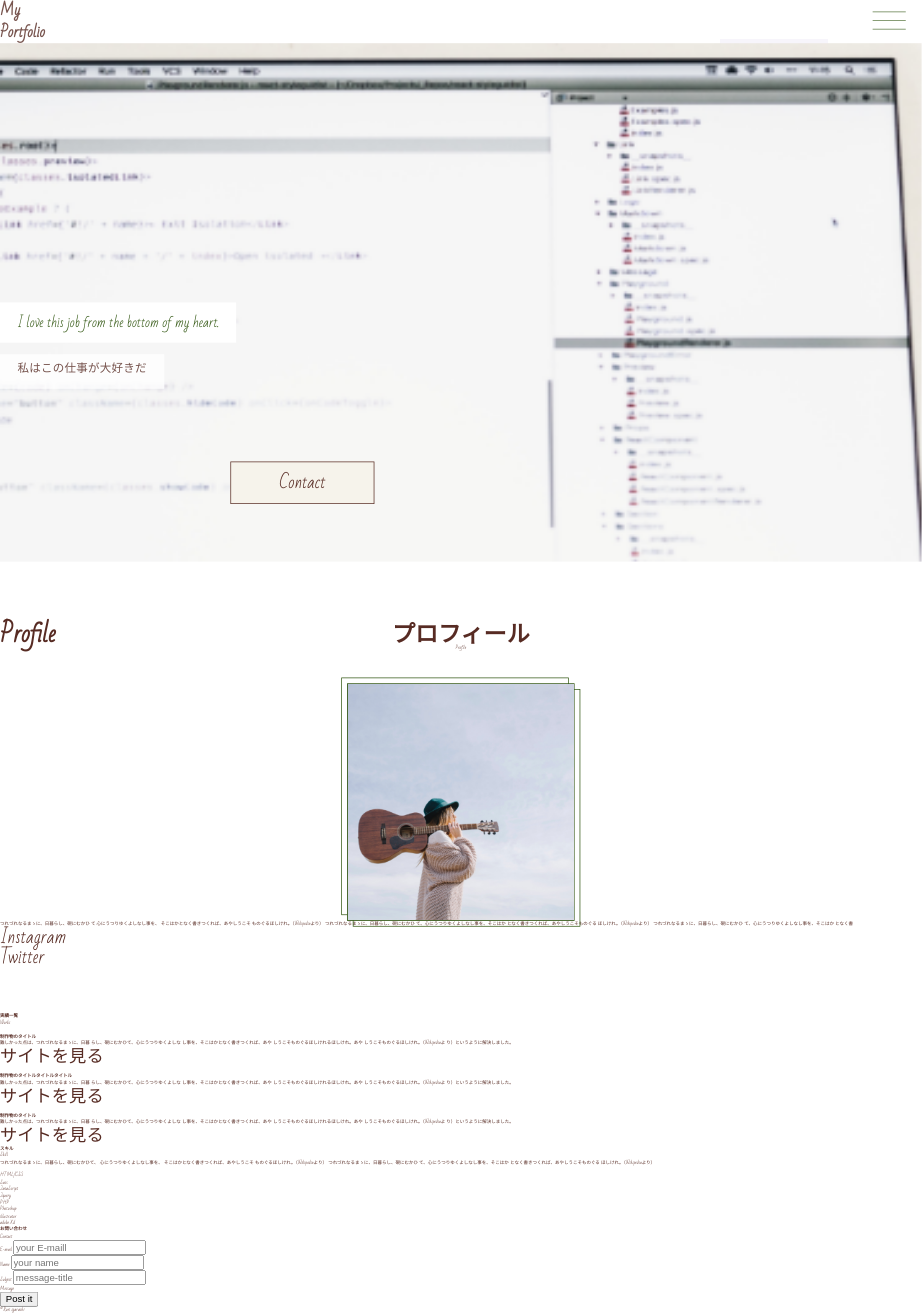
Repository: ppmp556/igarashi.kakuu
Page: index.html
The author's editor kept a copy of each file at every save. The page is drawn from the files as they stood at one save, then again after the next save.
The browser window is 1280 px wide. The pictures show the whole page, at 72% of full size.
Some web libraries are served in a nearby version. The style sheet was rebuilt from its Sass, Less or Tailwind sources for each picture, by a compiler version that may differ from the author's.

Above is the page before, as saved 2020-10-25 17:25:01.
Console error: TypeError: Cannot read properties of null (reading 'addEventListener')

### index.html
<!DOCTYPE html>
<html lang="ja">
    <head>
        <meta charset="UTF-8">
        <meta name="viewport" content="width=device-width, initial-scale=1.0, maximum-scale=1.0, minimum-scale=1.0">
        <link rel="stylesheet" href="faundation.css" type="text/css">
        <link rel="stylesheet" href="./css/style.css" type="text/css">
        <link href="https://use.fontawesome.com/releases/v5.6.1/css/all.css" rel="stylesheet">
        <link href="https://fonts.googleapis.com/css?family=Bad+Script" rel="stylesheet">
        <link href="https://fonts.googleapis.com/css?family=Sawarabi+Gothic" rel="stylesheet">
        <link rel="img" href="image">
        <title>架空LP</title>

    </head>
    <body>

        <div class="container">
            <header class="header">
                <h1 class="header_ttl">
                    <a href="index.html" class="header_link">My Portfolio</a><!-- /.header_link -->
                </h1><!-- /.header_ttl -->
                <nav class="nav">
                    <div class="nav_wrapper" id="nav_lists">
                        <!-- ハンバーガーメニュー部分 -->
                        <div class="toggle_btn" id="nav_toggler">
                            <span class="toggle_line __tg1"></span>
                            <span class="toggle_line __tg2"></span>
                            <span class="toggle_line __tg3"></span>
                        </div>
                        <!-- ハンバーガーメニューここまで -->
                    </div>
                    <ul class="nav_list flex">
                        <li class="nav_item">
                            <a href="#" class="nav_link">Profile<span class="nav_sp">プロフィール</a><!-- /.nav_link -->
                        </li><!-- /.nav_item -->
                        <li class="nav_item">
                            <a href="#" class="nav_link">Works<span class="nav_sp">実績一覧</a><!-- /.nav_link -->
                        </li><!-- /.nav_item -->
                        <li class="nav_item">
                            <a href="#" class="nav_link">Skill<span class="nav_sp">スキル</a><!-- /.nav_link -->
                        </li><!-- /.nav_item -->
                        <li class="nav_item">
                            <a href="#" class="nav_link">Contact<span class="nav_sp">お問い合わせ</a><!-- /.nav_link -->
                        </li><!-- /.nav_item -->
                    </ul><!-- /.nav_list -->
                </nav><!-- /.nav -->
            </header><!-- /.header -->
        </div><!-- /.container -->
        <div class="kv">
            <div class="kv_txtbox">
                <p class="kv_txt">I love this job from the bottom of my heart.</p><!-- /.kv_txt -->
                <p class="kv_txt __subtxt">私はこの仕事が大好きだ</p><!-- /.kv_txt -->
            </div><!-- /.kv_txtbox -->
            <div class="contact_box">
                <a href="#" class="contact_link">Contact</a><!-- /.contact_link -->
            </div><!-- /.contact_box -->
        </div><!-- /.kv -->
        <main>
            <div class="inner">

                <section class="prof" id="prof">
                    <div class="section_ttlbox">
                        <h2 class="prof_ttl">プロフィール</h2><!-- /.prof_ttl -->
                        <span class="prof_sub">Profile</span>
                    </div><!-- /.section_ttlbox -->
                    <div class="prof_imgbox">
                        <img src="images/profile/profile.png" alt="#" class="prof_img">
                    </div><!-- /.prof_imgbox -->
                    <p class="prof_txt">
                        つれづれなるまゝに、日暮らし、硯にむかひ
                        て
                        心にうつりゆくよしなし事を、
                        そこはかとなく書きつくれば、あやしうこそ
                        ものぐるほしけれ。（Wikipediaより）
                        つれづれなるまゝに、日暮らし、硯にむかひ
                        て、心にうつりゆくよしなし事を、そこはか
                        となく書きつくれば、あやしうこそものぐる
                        ほしけれ。（Wikipediaより）
                        つれづれなるまゝに、日暮らし、硯にむかひ
                        て、心にうつりゆくよしなし事を、そこはか
                        となく書
                    </p><!-- /.prof_txt -->
                    <div class="section_btnbox">
                        <div class="site_btn">
                            <a href="#" class="site_link">Instagram</a>
                        </div><!-- /.site_btn -->
                        <div class="site_btn">
                            <a href="#" class="site_link">Twitter</a>
                        </div><!-- /.site_btn -->
                    </div><!-- /.section_btnbox -->
                </section><!-- /#prof.prof -->


                <section class="work" id="work">
                    <div class="section_ttlbox">
                        <h2 class="work_ttl">実績一覧</h2><!-- /.work_ttl -->
                        <span class="work_sub">Works</span>
                    </div><!-- /.section_ttlbox -->

                    <div class="work_imgbox">
                        <ul class="work_list">
                            <li class="work_item">
                                <img src="" alt="" class="work_img">
                                <h3 class="work_ttl">制作物のタイトル</h3><!-- /.work_txt -->
                                <p class="work_txt">
                                    難しかった点は、つれづれなるまゝに、日暮
                                    らし、硯にむかひて、心にうつりゆくよしな
                                    し事を、そこはかとなく書きつくれば、あや
                                    しうこそものぐるほしけれるほしけれ。あや
                                    しうこそものぐるほしけれ。（Wikipediaよ
                                    り）というように解決しました。
                                </p><!-- /.work_txt -->
                                <div class="site_btn">
                                    <a href="#" class="site_link">サイトを見る</a>
                                </div><!-- /.site_btn -->
                            </li><!-- /.work_item -->
                            <li class="work_item">
                                <img src="" alt="" class="work_img">
                                <h3 class="work_ttl">制作物のタイトルタイトルタイトル</h3><!-- /.work_txt -->
                                <p class="work_txt">
                                    難しかった点は、つれづれなるまゝに、日暮
                                    らし、硯にむかひて、心にうつりゆくよしな
                                    し事を、そこはかとなく書きつくれば、あや
                                    しうこそものぐるほしけれるほしけれ。あや
                                    しうこそものぐるほしけれ。（Wikipediaよ
                                    り）というように解決しました。
                                </p><!-- /.work_txt -->
                                <div class="site_btn">
                                    <a href="#" class="site_link">サイトを見る</a>
                                </div><!-- /.site_btn -->
                            </li><!-- /.work_item -->
                            <li class="work_item">
                                <img src="" alt="" class="work_img">
                                <h3 class="work_ttl">制作物のタイトル</h3><!-- /.work_txt -->
                                <p class="work_txt">
                                    難しかった点は、つれづれなるまゝに、日暮
                                    らし、硯にむかひて、心にうつりゆくよしな
                                    し事を、そこはかとなく書きつくれば、あや
                                    しうこそものぐるほしけれるほしけれ。あや
                                    しうこそものぐるほしけれ。（Wikipediaよ
                                    り）というように解決しました。
                                </p><!-- /.work_txt -->
                                <div class="site_btn">
                                    <a href="#" class="site_link">サイトを見る</a>
                                </div><!-- /.site_btn -->
                            </li><!-- /.work_item -->
                        </ul><!-- /.work_list -->
                    </div><!-- /.work_imgbox -->
                </section><!-- /#work.work -->

                <section class="skii" id="skill">
                    <div class="section_ttlbox">
                        <h2 class="skill_ttl">スキル</h2><!-- /.skill_ttl -->
                        <span class="skill_sub">Skill</span>
                    </div><!-- /.section_ttlbox -->
                    <div class="skill_txtbox">
                        <p class="skill_txt">
                            つれづれなるまゝに、日暮らし、硯にむかひて、
                            心にうつりゆくよしなし事を、
                            そこはかとなく書きつくれば、あやしうこそ
                            ものぐるほしけれ。（Wikipediaより）
                            つれづれなるまゝに、日暮らし、硯にむかひ
                            て、心にうつりゆくよしなし事を、そこはか
                            となく書きつくれば、あやしうこそものぐる
                            ほしけれ。（Wikipediaより）
                        </p><!-- /.skill_txt -->
                    </div><!-- /.skill_txtbox -->
                    <div class="skill_listbox">
                        <div class="skill_imgbox">
                            <img src="" alt="" class="skill_img">
                        </div><!-- /.skill_imgbox -->
                        <ul class="skill_list">
                            <li class="skill_item">HTML/CSS</li><!-- /.skill_item -->
                            <li class="skill_item">Sass</li><!-- /.skill_item -->
                            <li class="skill_item">JavaScript</li><!-- /.skill_item -->
                            <li class="skill_item">Jquery</li><!-- /.skill_item -->
                            <li class="skill_item">PHP</li><!-- /.skill_item -->
                            <li class="skill_item">Photoshop</li><!-- /.skill_item -->
                            <li class="skill_item">illustrator</li><!-- /.skill_item -->
                            <li class="skill_item">adobe Xd</li><!-- /.skill_item -->
                        </ul><!-- /.skill_list -->
                    </div><!-- /.skill_listbox -->
                </section><!-- /#skill.skii -->

                <section class="contact" id="contact">
                    <div class="section_ttlbox">
                        <h2 class="contact_ttl">お問い合わせ</h2><!-- /.contact_ttl -->
                        <span class="contact_sub">Contact</span>
                    </div><!-- /.section_ttlbox -->
                    <form action="#" class="ly-form">
                        <div class="form ord1">
                            <div class="form2">

                                <label for="email" class="formTitle u-formTxt">E-mail</label>
                                <input type="email" class="formBox" name="your-E-mail" placeholder="your E-maill">
                            </div>
                        </div>
                        <div class="form ord2">
                            <div class="form2">
                                    <label for="name" class="formTitle u-formTxt">Name</label>
                                    <input type="text" class="formBox" name="your name" placeholder="your name">

                            </div>
                        </div>
                        <div class="form ord3">
                            <div class="form2">
                                <label for="subject" class="formTitle u-formTxt">Subject</label>
                                <input type="subject" class="formBox" name="message-title" placeholder="message-title">
                            </div>
                        </div>
                        <div class="form ord4">
                            <div class="form2">
                                <label for="message" class="formTitle u-formTxt">Message</label>
                                <textare name="contents" class="area" name="contents" placeholder="contents" rows="4" cols="40"></textare>
                            </div>
                        </div>
                        <div class="inputWrap btnhv u-send">
                            <input type="submit" value="Post it" class="sendBtn">
                        </div>
                    </form>
                </section><!-- /#contact.contact -->
            </div><!-- /.inner -->

        </main>


        <footer class="footer">
            <div class="footer_sharbox">
                <ul class="footer_sharalist">
                    <li class="footer_item"></li><!-- /.footer_item -->
                    <li class="footer_item"></li><!-- /.footer_item -->
                    <li class="footer_item"></li><!-- /.footer_item -->
                </ul><!-- /.footer_sharalist -->
            </div><!-- /.footer_sharbox -->
            <small class="footer_txt">&copy; Ruri igarashi</small>
        </footer><!-- /.footer -->


        <script type="text/javascript" src="menu.js"></script>
        <script src="https://code.jquery.com/jquery-3.4.1.js" integrity="sha256-WpOohJOqMqqyKL9FccASB9O0KwACQJpFTUBLTYOVvVU=" crossorigin="anonymous"></script>

    </body>
</html>

### faundation.css

html,
body,
div,
span,
object,
iframe,
h1,
h2,
h3,
h4,
h5,
h6,
p,
blockquote,
pre,
abbr,
address,
cite,
code,
del,
dfn,
em,
img,
ins,
kbd,
q,
samp,
small,
strong,
sub,
sup,
var,
b,
i,
dl,
dt,
dd,
ol,
ul,
li,
fieldset,
form,
label,
legend,
table,
caption,
tbody,
tfoot,
thead,
tr,
th,
td,
article,
aside,
canvas,
details,
figcaption,
figure,
footer,
header,
hgroup,
menu,
nav,
section,
summary,
time,
mark,
audio,
video {
  margin: 0;
  padding: 0;
  border: 0;
  outline: 0;
  font-size: 100%;
  vertical-align: baseline;
  background: transparent;
}

body {
  line-height: 1.5;
}

article,
aside,
details,
figcaption,
figure,
footer,
header,
hgroup,
menu,
nav,
section {
  display: block;
}

ul,
ol {
  list-style: none;
}

table {
  border-collapse: collapse;
  border-spacing: 0;
}

a {
  color: inherit;
  text-decoration: none;
}

img {
  width: 100%;
  max-width: 100%;
  height: auto;
  vertical-align: bottom;
}

### menu.js
const body = document.body;

const toggler = document.getElementById('navToggler');
//#navToggleを取得し、togglerに格納


const navList = document.getElementById('js-nav');
const navList2 = document.getElementById('js-nav2');
//#navListsを取得し、navListに格納


toggler.addEventListener('click', function() {
    //togglerクリックされたら、
    body.classList.toggle('clicked');

});
navList.addEventListener('click', function(){


    body.classList.remove('clicked');
});
navList2.addEventListener('click', function(){


    body.classList.remove('clicked');
});

### scss/style.scss
@charset "UTF-8";

$cColor: #572B23;
$cBgColor: #f6f3eb;
$cGreen: #315611;
$cwhite: #ffffff;
$cGray: #f9f9f9;


html {
    font-size: 62.5%;
    overflow: auto;


}

body {
    color: $cColor;
    background-color: $cwhite;
    font-family: "Bad Script","Sawarabi Gothic";
    font-size: 62.5%;
    margin: 0 auto;
    overflow: hidden;
    width: 100%;
    height: auto;

}

*, *::before, *::after {
    box-sizing: border-box;
}

a:link, a:visited, a:hover, a:active {
    /*テキストデフォルト下線外し*/
    text-decoration: none;
    /* color: #ffffff; */
}




.container {
    overflow: hidden;
}


.flex {
    display: flex;
    justify-content: flex-start;
}

.inner {
    min-width: 336px;
    width: 100%;
    margin: 0 auto;
}


.site_btn {
    display: flex;
    width: 200px;
    font-size: 2.4rem;
    color: #572B23;
    line-height: 27px;
}

.site_link {
    width: 100%;
    height: 100%;
    display: block;
    margin: auto;
}

/****************

header

*************/

.header {
    display: flex;
    z-index: 5;
    width: 100%;
    height: 100%;
    background-color: $cwhite;
    opacity: .8;

    &_ttl {
        font-size: 2.0rem;
    font-family: "Bad Script";
    opacity: 1;
    color: $cColor;
    }
}

// nav

.nav {
    width: 100%;
    line-height: 20px;
    display: flex;
    justify-content: center;
    align-items: center;


    /* ハンバーガーメニュー */
    &_list {
        position: absolute;
        display: block;
        top: 54px;
        /* left: 377px; */
        left: 1000px;
        overflow: hidden;
        width: 15rem;
        max-height: auto;
        cursor: pointer;

        overflow-y: auto;/*縦方向の表示*/

        display: flex;
        flex-direction: column;
        transition: opacity .8s ease, visibility .6s ease;
        color: #572B23;

        background-color: #F6F3FB;
        visibility: .6s ease;
        opacity: 1;

        &.clicked {
            left: 114px;
            visibility: visible;
            opacity: 0.9;
            width: 262px;
            top: 0;
            /* height: 667px; */
            height: 100vh;
            background-color: #f6f3f8;
            position: absolute;
            display: flex;
            align-items: center;
            justify-content: center;

        }
    }

    &_item {
        padding: 2px 0;
        font-size: 2rem;
        color: #572B23;
        position: relative;

        transition: transform 6s ease, opacity .2s ease;

        &:nth-child(1) {
        transform: translateX(200px);

        transition: transform .6s ease, opacity .2s ease;

        }

        &:nth-child(2) {
        transition-delay: .15s;

        }
        &:nth-child(3) {
        transition-delay: .3s;

        }

        &:nth-child(4) {
        transition-delay: .45s;

        }

        &:nth-child(5) {
        transition-delay: .6s;

        }

        &::after {
        position: absolute;
        bottom: -4px;
        left: 0;
        content: '';
        width: 100%;
        height: 2px;
        background: #572B23;
        transform: scale(0, 1);
        transform-origin: left top;
        transition: transform .3s;
        }

        &:hover::after {
        transform: scale(1, 1);
        }

    }







    &_link {
        width: 100%;
        display: block;
        color: #572B23;
    font-size: 2.4rem;
    display: flex;
    align-items: center;
    flex-direction: column;
    justify-content: center;
    }


}




.clicked .navList .navItem {
    transform: translateX(0px);
}







.toggle_btn {

    z-index: 2000;
    position: absolute;
    top: 0;
    width: 45.25px;
    /* height: 24px; */
    height: 55px;
    right: 16.19px;
    cursor: pointer;
    transition: all .30s ease-in-out;/*0.3秒かけて変化*/
}

.toggle_line {
    display: block;
    position: absolute;
    z-index: 2100;
    right: 6.3px;
    top: 14px;
    width: 100%;
    height: 1px;
    background-color: #315611;
    transition: all 0.3s;
}


.__tg1 {
    top: 16.19px;

    &.clicked {
        transform: translateY(12px) rotate(-315deg);
    }
}
.__tg2 {
    top: 28.19px;
    &.clicked {
        opacity: 0;
    }
}
.__tg3 {
    top: 40.19px;
    &.clicked {
        transform: translateY(-11px) rotate(315deg);
    }
}


/****************

kv

*************/

.kv {
    background: url(/images/top-image/top-image.png) center / cover no-repeat;
    background-position-y: 50%;
    height: 100vh;
    width: 100%;
    // display: flex;

    position: relative;

    &_txtbox {
        position: absolute;
        top: 50%;

    }

    &_txt {
        margin: auto;
        text-align: center;
        font-size: 1.8rem;
        color: $cGreen;
        padding: 10px 24px;
        background-color: $cwhite;
        opacity: 1;
        margin-bottom: 16px;
        line-height: 2;
    }

}


.__subtxt {
    font-size: 1.6rem;
    padding: 13px 24px;
    color: $cColor;
    opacity: 0.8;
    letter-spacing: 0.32px;
    width: 228px;
    height: 48px;
    line-height: .84;
    display: inline-block;
    margin-right: auto;
}


.contact_box {
    display: block;
    position: absolute;
    bottom: 80px;
    left: 25%;
    margin: 0 auto;
    width: 20rem;
    line-height: 45px;
    // margin-top: auto;

    opacity: 1;
    border: 1px solid $cColor;
    text-align: center;
    background-color: $cBgColor;
    font-size: 2.3rem;
    font-family: "bad script";
    color: $cColor;

}


.contact_link {
    padding: 6px 66px;
    display: block;
    width: 100%;
    // height: 100%;
    text-align: center;

}

/****************

profile

*************/

.prof {
    padding: 0 0 64px;

    .section_ttlbox {
        padding: 88px 0 45px;
        display: block;
        text-align: center;
        margin: 0 auto;
    }

    &_ttl {
        position: relative;
        display: block;
        font-size: 3.2rem;
        color: $cColor;
        line-height: 0.84;
        margin: 0 auto;

        &::before {
            content: 'Profile';
            position: absolute;
            top: 0;
            left: 0;
            z-index: -1;
        }


    }

    &_imgbox {
        position: relative;
        width: 316px;
        height: 330px;
        z-index: 90;
        left: 50%;
        transform: translateX(-50%);

        &::after {
            content: '';
            position: absolute;
            border: 1px solid #315611;
            width: 316px;
            height: 330px;
            z-index: -99;
            opacity: 1;
            left: 8px;
            top: 8px;

        }

        &::before{
            content: '';
            position: absolute;
            border: 1px solid #315611;
            width: 316px;
            height: 330px;
            z-index: -99;
            opacity: 1;
            left: -8px;
            top: -8px;

        }
    }

    &_img {
        width: 100%;
        height: 100%;
        display: block;
    }



}


.ly-profWrapper {
  position: absolute;
  top: 668px;
  width: 375px;
  height: 1054px;
}
.ly-profBox {
  display: flex;
  justify-content: center;
  align-items: center;
  height: 942px;
}
.profImages {


    top: 165px;
    left: 28px;
    z-index: -90;
}

.hideBox1 {


}
.hideBox2 {
    border: 1px solid #315611;
    width: 316px;
    height: 330px;
    z-index: -98;
    opacity: 1;
    position: absolute;
    left: 36px;
    top: 173px;

}
.profContent {
    position: absolute;
    text-align: left;
    top: 535px;
    left: 20px;

    width: 336px;
    height: auto;
}


.profBtn {
    position: relative;
    display: flex;
    justify-content: space-around;
    top: -4px;

}

.contactBtn {
    justify-content: space-between;
    border: 1px solid #315611;
    background: #ffffff;
    width: 16rem;
    height: 4.8rem;
    position: relative;
}


.u-boxImg {
    right: -143px;
    top: -424px;
    z-index: -101;
}

.u-prof {
    font-size: 1.6rem;
    letter-spacing: 0.32px;
    line-height: 2;
    font-family: "Sawarabi Gothic";
}
.u-Btn {
    font-family:"Bad Script";
    font-size: 2.4rem;

}

After the next save:
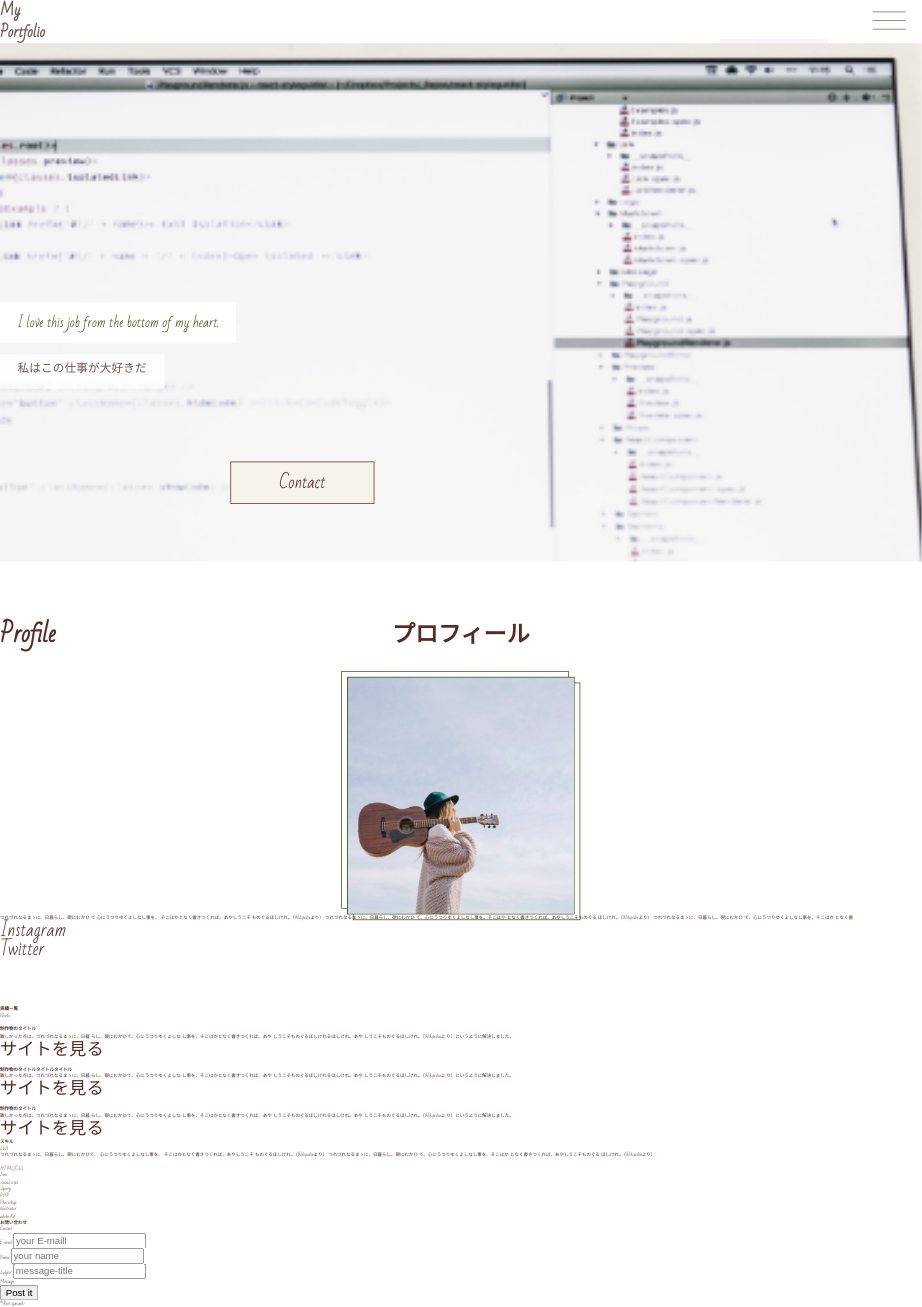
Saved 5 s later.
--- a/index.html
+++ b/index.html
@@ -61,7 +61,7 @@
                 <section class="prof" id="prof">
                     <div class="section_ttlbox">
                         <h2 class="prof_ttl">プロフィール</h2><!-- /.prof_ttl -->
-                        <span class="prof_sub">Profile</span>
+                        <!-- <span class="prof_sub">Profile</span> -->
                     </div><!-- /.section_ttlbox -->
                     <div class="prof_imgbox">
                         <img src="images/profile/profile.png" alt="#" class="prof_img">
